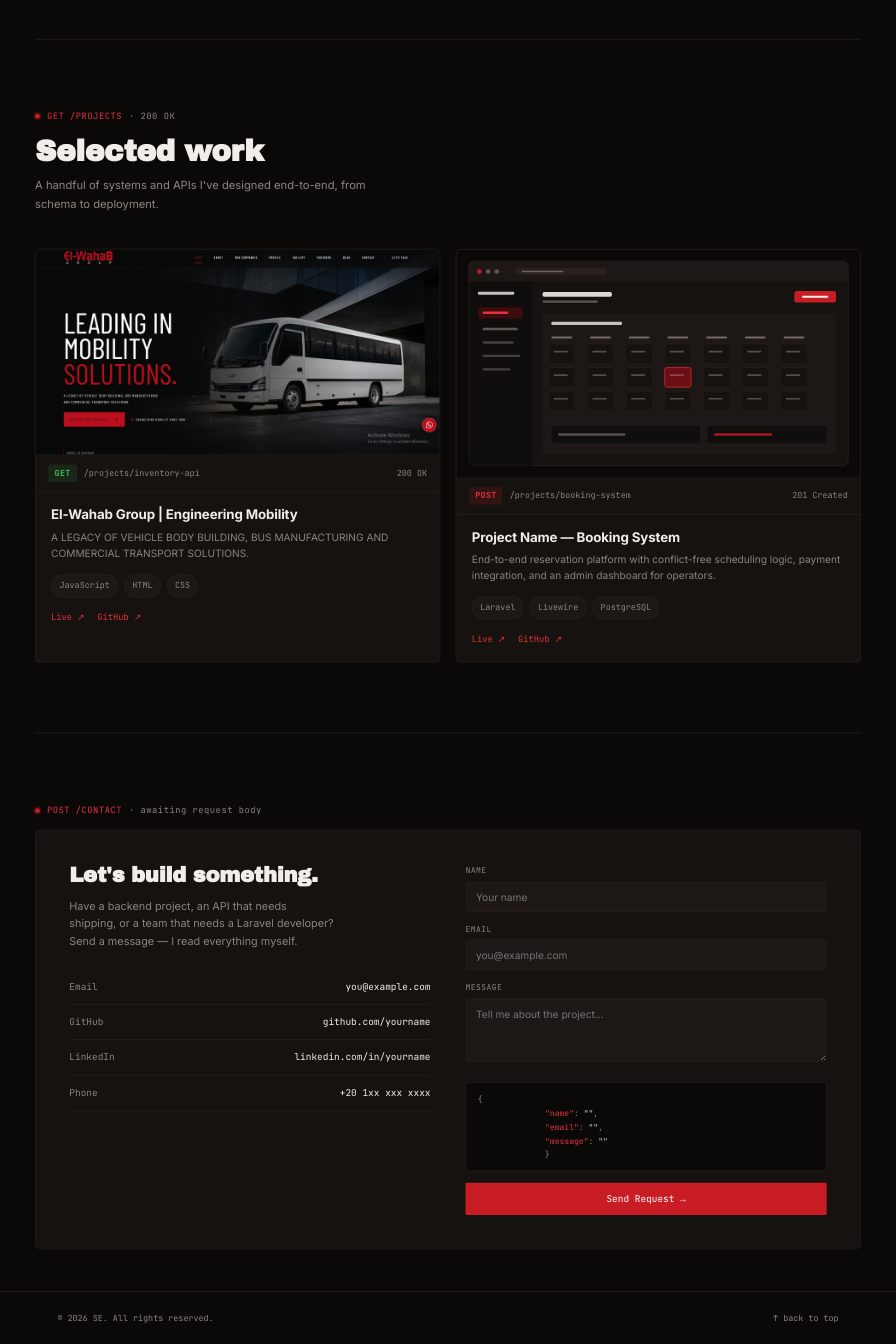
Repository: sayedelshazly/Portfolio.SE
Page: index.html
These files come from the project's save history. The page is drawn as it stood at one moment and after a run of saves; the edit follows.
The browser window is 1280 px wide. The pictures show the part of the page from y = 2732 to 4652 px (the page is 4652 px tall before and 4620 px after), at 70% of full size.

Above is the page before, as saved 2026-10-13 02:10:45.

### index.html
<!DOCTYPE html>
<html lang="en">

<head>
  <meta charset="UTF-8">
  <meta name="viewport" content="width=device-width, initial-scale=1.0, viewport-fit=cover">
  <meta name="color-scheme" content="dark light">
  <title>Sayed Elshazly — Backend Engineer</title>
  <script>
    (() => {
      const systemPrefersLight = window.matchMedia('(prefers-color-scheme: light)').matches;
      try {
        const savedTheme = localStorage.getItem('portfolio-theme');
        document.documentElement.dataset.theme = savedTheme === 'light' || savedTheme === 'dark' ?
          savedTheme :
          (systemPrefersLight ? 'light' : 'dark');
      } catch {
        document.documentElement.dataset.theme = systemPrefersLight ? 'light' : 'dark';
      }
    })();
    document.documentElement.classList.add('is-loading');
    window.__pageLoadStartedAt = performance.now();
  </script>
  <link rel="preconnect" href="https://fonts.googleapis.com">
  <link rel="preconnect" href="https://fonts.gstatic.com" crossorigin>
  <link
    href="https://fonts.googleapis.com/css2?family=Archivo+Black&family=JetBrains+Mono:wght@400;500;600;700&family=Inter:wght@400;500;600;700;800&display=swap"
    rel="stylesheet">
  <link rel="stylesheet" href="style.css">
</head>

<body>

  <div class="preloader" id="preloader" role="status" aria-live="polite" aria-label="Loading website">
    <div class="loader-content">
      <span class="loader-mark"><span>&lt;</span>SE<span>/&gt;</span></span>
      <span class="loader-spinner" aria-hidden="true"></span>
      <span class="loader-text">Preparing your experience</span>
      <span class="loader-progress" aria-hidden="true"><span></span></span>
    </div>
  </div>

  <header>
    <div class="reading-progress" aria-hidden="true"><span id="readingProgress"></span></div>
    <nav>
      <a class="logo" href="#top" aria-label="Sayed Elshazly, back to top"><span
          class="br">&lt;</span>SayedElshazly<span class="br">/&gt;</span></a>
      <button class="nav-toggle" type="button" aria-expanded="false" aria-controls="site-navigation"
        aria-label="Open navigation">
        <span></span><span></span>
      </button>
      <ul class="nav-links" id="site-navigation">
        <li><a href="#about">about</a></li>
        <li><a href="#skills">skills</a></li>
        <li><a href="#experience">experience</a></li>
        <li><a href="#projects">projects</a></li>
        <li><a href="#contact">contact</a></li>
        <li><a href="./blog.html" target="_self">Blog</a></li>
        <li class="nav-close-item"><button class="nav-close" type="button">Close menu</button></li>
      </ul>
      <div class="status-pill"><span class="dot"></span><span class="label">available for work</span></div>
      <button class="theme-toggle" id="themeToggle" type="button" aria-label="Switch to light mode"
        title="Switch to light mode">
        <svg class="theme-icon-sun" viewBox="0 0 24 24" aria-hidden="true" focusable="false">
          <circle cx="12" cy="12" r="4"></circle>
          <path
            d="M12 2v2m0 16v2M4.93 4.93l1.42 1.42m11.3 11.3 1.42 1.42M2 12h2m16 0h2M4.93 19.07l1.42-1.42m11.3-11.3 1.42-1.42">
          </path>
        </svg>
        <svg class="theme-icon-moon" viewBox="0 0 24 24" aria-hidden="true" focusable="false">
          <path d="M20.2 15.1A8.5 8.5 0 0 1 8.9 3.8 8.6 8.6 0 1 0 20.2 15.1Z"></path>
        </svg>
      </button>
    </nav>
  </header>

  <main>

    <!-- ================= HERO ================= -->
    <section class="hero wrap" id="top">
      <div class="hero-intro">
        <h1>Sayed Abdo Elshazly<span class="accent">.</span></h1>
        <div class="eyebrow">GET /developer <span class="status">· HTTP/1.1 200 OK</span></div>
        <div class="role">Backend Engineer <span class="pipe">/</span> PHP &amp; Laravel Specialist</div>
      </div>

      <div class="hero-support">
        <p class="lede">I design and ship reliable server-side systems — clean APIs, solid database
          architecture, and code that holds up in production. Based in Cairo, working with teams
          anywhere.</p>
        <div class="btn-row">
          <a href="#projects" class="btn btn-primary">View Projects →</a>
          <a href="#contact" class="btn btn-ghost">Let's Talk <span aria-hidden="true">↗</span></a>
        </div>
      </div>

      <div class="term-card">
        <div class="term-bar">
          <span class="tdot"></span><span class="tdot"></span><span class="tdot"></span>
          <!-- <span class="tpath">~/portfolio/profile.jpg</span> -->
        </div>
        <div class="term-photo">
          <img src="./portrait2.jpeg" alt="Portrait of Sayed Elshazly, backend engineer">
          <div class="scan"></div>
          <div class="term-json">
            <span class="k">"role"</span>: <span class="s">"Backend Engineer"</span>,<br>
            <span class="k">"stack"</span>: <span class="s">["PHP", "Laravel", "MySQL"]</span>,<br>
            <span class="k">"status"</span>: <span class="s">"available"</span><span class="cursor"></span>
          </div>
        </div>
      </div>

      <div class="stat-row">
        <div class="stat"><b>1+</b><span>Years Experience</span></div>
        <div class="stat"><b>5+</b><span>Projects Shipped</span></div>
        <div class="stat"><b>2+</b><span>APIs Built</span></div>
      </div>
    </section>

    <!-- ================= ABOUT ================= -->
    <section class="about wrap" id="about">
      <div class="eyebrow">GET /about <span class="status">· 200 OK</span></div>
      <div class="about-grid">
        <div>
          <p>I'm a <b>Backend Developer</b> focused on PHP and the Laravel ecosystem. I like
            turning ambiguous requirements into APIs and services that are fast, well-tested,
            and easy for the next developer to reason about.</p>
          <p>My day-to-day covers <b>REST API design</b>, <b>database modeling</b>, authentication
            and authorization systems, background job processing, and integrating third-party
            services. I care about clean architecture as much as working code — SOLID principles,
            repository patterns, and readable commits.</p>
          <p>Outside of client work, I spend time exploring system design, contributing to small
            open-source tools, and refining my own boilerplate for faster project starts.</p>
        </div>
        <ul class="fact-list">
          <li><span>Location</span><span>6th of October, Giza, Egypt</span></li>
          <li><span>Focus</span><span>Backend / API Architecture</span></li>
          <li><span>Availability</span><span>Open to freelance &amp; full-time</span></li>
          <li><span>Languages</span><span>Arabic, English</span></li>
          <li><span>Response time</span><span>&lt; 24h</span></li>
        </ul>
      </div>
    </section>

    <!-- ================= SKILLS ================= -->
    <section class="skills wrap" id="skills">
      <div class="section-head">
        <div class="eyebrow">GET /skills <span class="status">· 200 OK</span></div>
        <h2>What I build with</h2>
        <p>The core stack behind most of the systems I ship — plus the tools that keep them
          maintainable.</p>
      </div>
      <div class="skill-groups">
        <div class="skill-card">
          <h3>Languages &amp; Frameworks</h3>
          <div class="tag-row">
            <span class="tag">PHP</span>
            <span class="tag">Laravel</span>
            <span class="tag">JavaScript</span>
            <span class="tag">Blade</span>
            <span class="tag">Livewire</span>
          </div>
        </div>
        <div class="skill-card">
          <h3>Data &amp; APIs</h3>
          <div class="tag-row">
            <span class="tag">MySQL</span>
            <span class="tag">PostgreSQL</span>
            <span class="tag">Redis</span>
            <span class="tag">REST APIs</span>
            <span class="tag">Eloquent ORM</span>
          </div>
        </div>
        <div class="skill-card">
          <h3>Tools &amp; Practices</h3>
          <div class="tag-row">
            <span class="tag">Git</span>
            <span class="tag">Docker</span>
            <span class="tag">Postman</span>
            <span class="tag">PHPUnit</span>
            <span class="tag">CI / CD</span>
          </div>
        </div>
      </div>
    </section>

    <!-- ================= EXPERIENCE ================= -->
    <section class="experience wrap" id="experience">
      <div class="section-head">
        <div class="eyebrow">GET /experience <span class="status">· 200 OK</span></div>
        <h2>Where I've worked</h2>
      </div>
      <div class="log">
        <div class="log-entry">
          <div class="log-head">
            <span class="log-hash">#a3f21c</span>
            <span class="log-date">2023 — 2024</span>
          </div>
          <h3>Backend Developer <span>@ Development</span></h3>
          <ul>
            <li>Designed and maintained REST APIs for production applications</li>
            <li>Improved response times through query optimization and caching</li>
            <li>Contributed to Laravel service architecture and system migrations</li>
          </ul>
          <div class="tag-row"><span class="tag">Laravel</span><span class="tag">APIs</span><span
              class="tag">MySQL</span></div>
        </div>
      </div>
    </section>

    <!-- ================= PROJECTS ================= -->
    <section class="projects wrap" id="projects">
      <div class="section-head">
        <div class="eyebrow">GET /projects <span class="status">· 200 OK</span></div>
        <h2>Selected work</h2>
        <p>A handful of systems and APIs I've designed end-to-end, from schema to deployment.</p>
      </div>
      <div class="project-grid">

        <div class="project-card">
          <figure class="project-visual">
            <img src="./assets/blog/Screenshot (329)(1).png" alt="Illustrative inventory dashboard preview" loading="lazy"
              decoding="async">
          </figure>
          <div class="pc-top">
            <span class="method get">GET</span>
            <span class="route">/projects/inventory-api</span>
            <span class="status-code">200 OK</span>
          </div>
          <div class="pc-body">
            <h3>El-Wahab Group | Engineering Mobility</h3>
            <p>A LEGACY OF VEHICLE BODY BUILDING, BUS MANUFACTURING AND
              COMMERCIAL TRANSPORT SOLUTIONS.</p>
            <div class="tag-row" style="margin-bottom:18px;">
              <span class="tag">JavaScript</span><span class="tag">HTML</span><span class="tag">CSS</span>
            </div>
            <div class="pc-links">
              <!-- <a href="elwahab-groub.up.railway.app"></a> -->
              <a href="https://elwahab-groub.up.railway.app" target="_blank" rel="noopener">Live ↗</a>
              <a href="#">GitHub ↗</a>
            </div>
          </div>
        </div>

        <div class="project-card">
          <figure class="project-visual">
            <img src="./assets/booking-preview.svg" alt="Illustrative booking calendar preview" loading="lazy"
              decoding="async">
          </figure>
          <div class="pc-top">
            <span class="method post">POST</span>
            <span class="route">/projects/booking-system</span>
            <span class="status-code">201 Created</span>
          </div>
          <div class="pc-body">
            <h3>Project Name — Booking System</h3>
            <p>End-to-end reservation platform with conflict-free scheduling logic, payment
              integration, and an admin dashboard for operators.</p>
            <div class="tag-row" style="margin-bottom:18px;">
              <span class="tag">Laravel</span><span class="tag">Livewire</span><span class="tag">PostgreSQL</span>
            </div>
            <div class="pc-links">
              <a href="#">Live ↗</a>
              <a href="#">GitHub ↗</a>
            </div>
          </div>
        </div>

      </div>
    </section>

    <!-- ================= CONTACT ================= -->
    <section class="contact wrap" id="contact">
      <div class="eyebrow">POST /contact <span class="status">· awaiting request body</span></div>
      <div class="contact-grid">
        <div class="contact-info">
          <h2 style="font-size:30px;margin-bottom:16px;">Let's build something.</h2>
          <p>Have a backend project, an API that needs shipping, or a team that needs a
            Laravel developer? Send a message — I read everything myself.</p>
          <ul class="contact-channels">
            <li><span>Email</span><a href="mailto:you@example.com">you@example.com</a></li>
            <li><span>GitHub</span><a href="#">github.com/yourname</a></li>
            <li><span>LinkedIn</span><a href="#">linkedin.com/in/yourname</a></li>
            <li><span>Phone</span><a href="#">+20 1xx xxx xxxx</a></li>
          </ul>
        </div>
        <div>
          <form id="contactForm">
            <div>
              <label for="fname">Name</label>
              <input type="text" id="fname" name="name" placeholder="Your name" required>
            </div>
            <div>
              <label for="femail">Email</label>
              <input type="email" id="femail" name="email" placeholder="you@example.com" required>
            </div>
            <div>
              <label for="fmsg">Message</label>
              <textarea id="fmsg" name="message" placeholder="Tell me about the project..." required></textarea>
            </div>
            <div class="json-preview" id="jsonPreview">{
              <span class="k">"name"</span>: <span class="v">""</span>,
              <span class="k">"email"</span>: <span class="v">""</span>,
              <span class="k">"message"</span>: <span class="v">""</span>
              }</div>
            <button type="submit" class="btn btn-primary"
              style="justify-content:center;border:none;cursor:pointer;">Send Request →</button>
          </form>
        </div>
      </div>
    </section>

  </main>

  <footer>
    <div class="wrap">
      <span>© 2026 SE. All rights reserved.</span>
      <span><a href="#top">↑ back to top</a></span>
    </div>
  </footer>

  <a class="back-to-top" href="#top" aria-label="Back to top">↑</a>

  <script src="main.js"></script>

</body>

</html>

Loaded but not shown: main.js (76 lines, source omitted); style.css (2091 lines, source omitted)

After the next 4 saves:
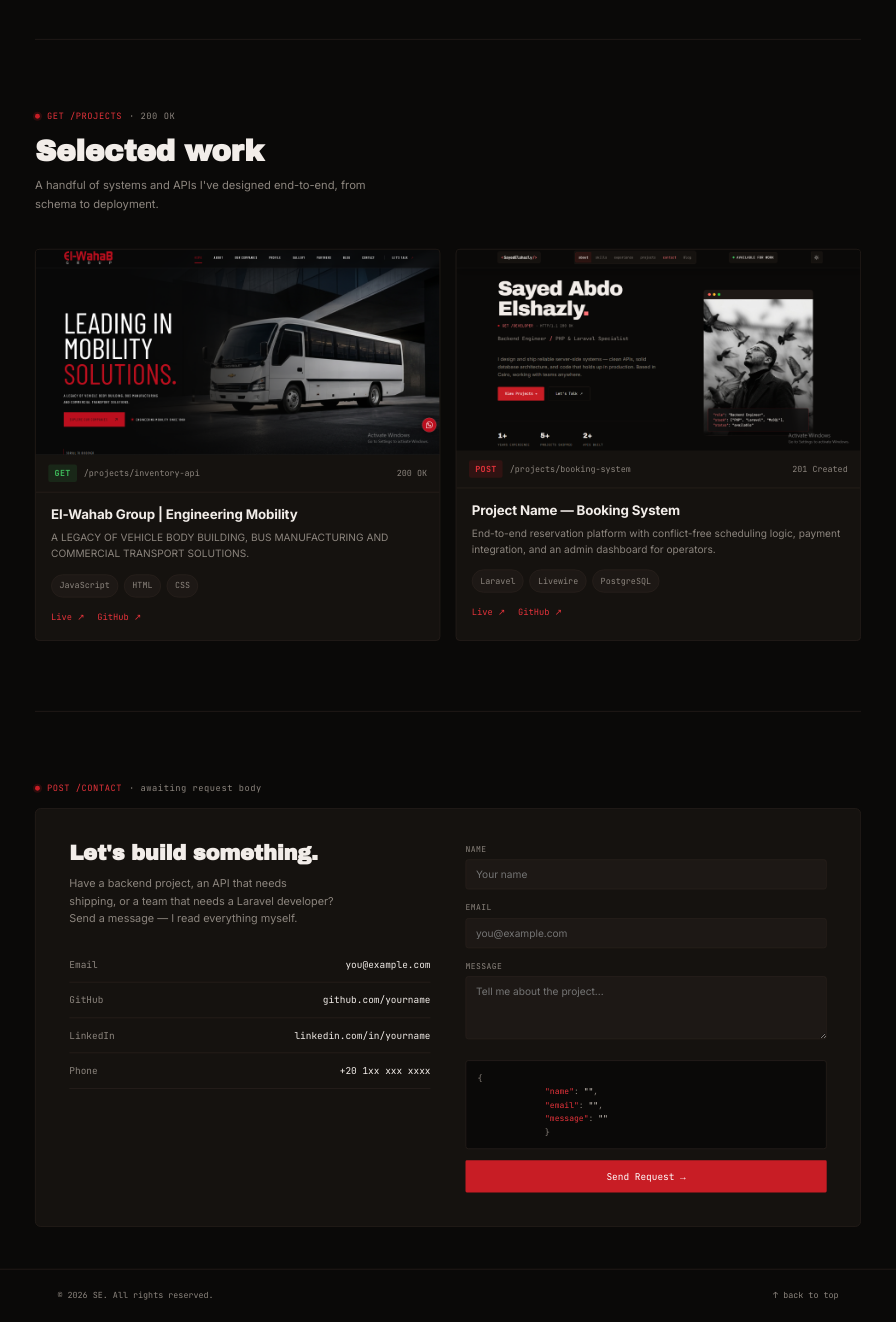
The 4 saves are shown as one change because they came seconds apart.
The last was saved 3 min 10 s later.
--- a/index.html
+++ b/index.html
@@ -244,7 +244,7 @@
 
         <div class="project-card">
           <figure class="project-visual">
-            <img src="./assets/booking-preview.svg" alt="Illustrative booking calendar preview" loading="lazy"
+            <img src="./assets/blog/Screenshot (332)(1).png" alt="Illustrative booking calendar preview" loading="lazy"
               decoding="async">
           </figure>
           <div class="pc-top">
